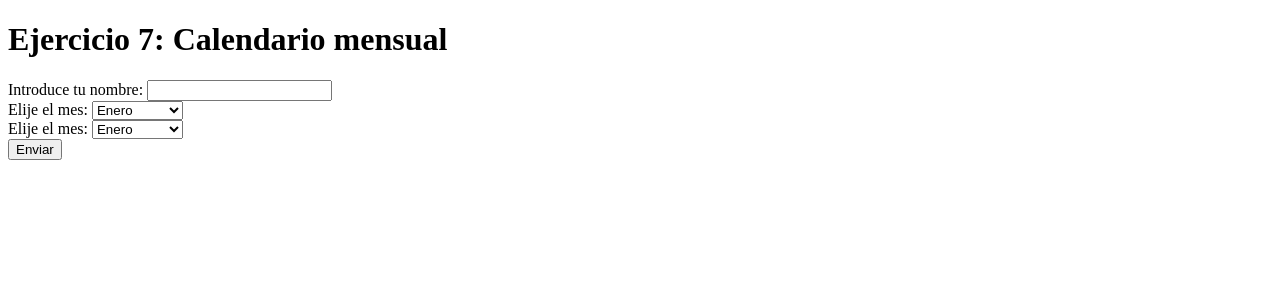
Repository: Ibizus/ejercicios_JSP
Page: http://localhost/ejercicios_Hector/ejercicio7/index.jsp
The author's editor kept a copy of each file at every save. The page is drawn from the files as they stood at one save, then again after the next save.
The browser window is 1280 px wide. The pictures show the whole page.
The page is served by Tomcat 9.

Above is the page before, as saved 2023-11-15 09:00:55.

After the next save:
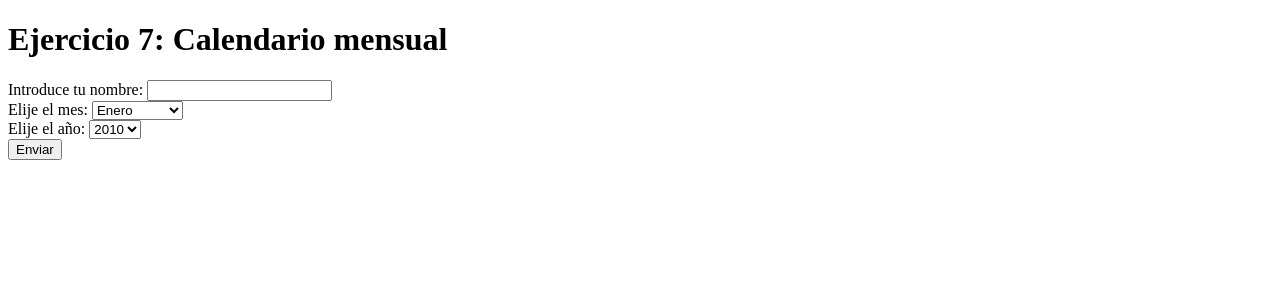
Saved 10 min 6 s later.
--- a/ejercicios_Hector/src/main/webapp/ejercicio7/index.jsp
+++ b/ejercicios_Hector/src/main/webapp/ejercicio7/index.jsp
@@ -30,20 +30,23 @@
 			<option>Diciembre</option>
 		</select>
 				<br>
-		Elije el mes:
-		<select name="mes">
-			<option>Enero</option>
-			<option>Febrero</option>
-			<option>Marzo</option>
-			<option>Abril</option>
-			<option>Mayo</option>
-			<option>Junio</option>
-			<option>Julio</option>
-			<option>Agosto</option>
-			<option>Septiembre</option>
-			<option>Octubre</option>
-			<option>Noviembre</option>
-			<option>Diciembre</option>
+		Elije el año:
+		<select name="ano">
+			<option>2010</option>
+			<option>2011</option>
+			<option>2012</option>
+			<option>2013</option>
+			<option>2014</option>
+			<option>2015</option>
+			<option>2016</option>
+			<option>2017</option>
+			<option>2018</option>
+			<option>2019</option>
+			<option>2020</option>
+			<option>2021</option>
+			<option>2022</option>
+			<option>2023</option>
+			<option>2024</option>
 		</select>
 		<br>
 		<input type="submit" value="Enviar">
